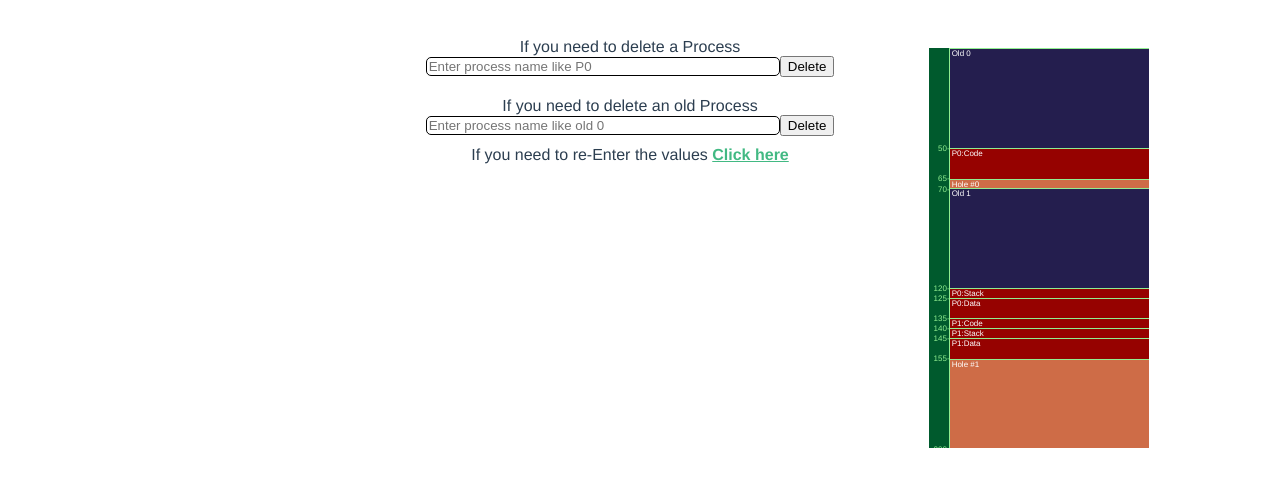
Repository: atout811/memory-allocation-project
Page: /#/final
These files come from the project's save history. The page is drawn as it stood at one moment and after the next save; the edit follows.
The browser window is 1280 px wide. The pictures show the whole page.
The project was rebuilt for these pictures with package versions that can differ from the ones it lists, and the page was loaded fresh each time. Also part of the build but not shown: src/views/MemoryAndHoles.vue, src/views/Process.vue, src/views/Methods.vue.

Above is the page before, as saved 2021-06-10 19:45:28.

### src/App.vue
<template>
  <router-view v-slot="{ Component }">
    <transition name="fade" mode="out-in">
      <component :is="Component" />
    </transition>
  </router-view>
</template>
<script>
import MemHole from "./views/MemoryAndHoles.vue";
export default {
  name: "App",
  components: { MemHole },
};
</script>
<style lang="scss">
#app {
  font-family: Avenir, Helvetica, Arial, sans-serif;
  -webkit-font-smoothing: antialiased;
  -moz-osx-font-smoothing: grayscale;
  text-align: center;
  color: #2c3e50;
  display: flex;
  flex-direction: column;
  align-items: center;
}
a {
  font-weight: bold;
  color: #42b983;

  &.router-link-exact-active {
    color: #42b983;
  }
}
.fade-enter-active,
.fade-leave-active {
  transition: opacity 0.5s ease;
}
.fade-enter-from, .fade-leave-to /* .fade-leave-active below version 2.1.8 */ {
  opacity: 0;
}
</style>

### src/views/Final.vue
<template>
  <div class="cont">
    <div class="inputs">
      <div>
        If you need to delete a Process
        <input
          type="text"
          placeholder="Enter process name like P0"
          v-model="delProcess"
          class="txt"
        />
        <input
          type="Button"
          value="Delete"
          placeholder="Enter process name like P0"
          @click="deleteProcess(delProcess, false, true)"
        />
      </div>
      <div>
        If you need to delete an old Process
        <input
          type="text"
          placeholder="Enter process name like old 0"
          v-model="delOld"
          class="txt"
        />
        <input
          type="Button"
          value="Delete"
          placeholder="Enter process name like P0"
          @click="deleteProcess(delOld, true, true)"
        />
        <div>
          If you need to re-Enter the values
          <router-link to="/"> Click here </router-link>
        </div>
      </div>
    </div>
    <div class="mem">
      <div class="memory"></div>
    </div>
  </div>
</template>

<script>
export default {
  name: "Final",

  data() {
    return {
      data: this.$store.state.input,
      delProcess: "",
      delOld: "",
    };
  },
  created: function () {
    let data = this.data;
    this.$store.state.input.Holes = data.Holes.map((item) => [
      Number(item.starting),
      Number(item.size),
    ]);

    let test = [];
    for (let index = 0; index < data.Processes.length; index++) {
      let item = data.Processes[index].segments;
      let temp = {};
      for (let j = 0; j < item.length; j++) {
        temp[item[j].name] = [Number(item[j].size)];
      }
      test[index] = [null, temp, data.Processes[index].name];
    }
    this.$store.state.input.Processes = [...test];
  },
  methods: {
    deleteProcess: function (delProcess, isOld) {
      const memory = document.querySelector("div.cont div.mem > .memory");

      const scale = 2;
      let data = this.data;
      let holes = data.Holes;
      // data.Holes.map((item) => [
      //   Number(item.starting),
      //   Number(item.size),
      // ]);

      // let holes = [
      //   [140, 100],
      //   [40, 80],
      //   [260, 90],
      // ];

      let totalMemorySize = Number(data.memSize);
      function orderHoles() {
        holes = holes.sort((a, b) => a[0] - b[0]);
      }
      function renderMemory() {
        memory.style.height = `${totalMemorySize * scale}px`;
      }
      renderMemory();
      let obj = {};
      // let test = data.Processes.map((item) => [
      //   null,
      //   item.segments.forEach((el) => {
      //     return Object.assign({ [el.name]: [Number(el.size)] });
      //   }),
      //   item.name,
      // ]);
      // let test = [];
      // for (let index = 0; index < data.Processes.length; index++) {
      //   let item = data.Processes[index].segments;
      //   let temp = {};
      //   for (let j = 0; j < item.length; j++) {
      //     temp[item[j].name] = [Number(item[j].size)];
      //   }
      //   test[index] = [null, temp, data.Processes[index].name];
      // }
      let processes = data.Processes;

      // processes = [
      //   [null, { code: [10], data: [30], stack: [16] }, "p1"],
      //   [null, { code: [15], data: [30], stack: [25] }, "p3"],
      //   [null, { code: [10], data: [40], stack: [18] }, "p2"],
      //   [null, { code: [12], data: [10], stack: [12] }, "p4"],
      // ]; //start,size,name
      console.log("prooooooooooocess: ", processes);
      let OldProcess = [];

      function generateOldProcess() {
        const firstHoleStart = holes[0][0];
        let flag;
        if (firstHoleStart > 0) {
          OldProcess.push([0, firstHoleStart, `old ${0}`]);
        }

        for (let h = 0; h < holes.length; h++) {
          const holeStart = holes[h][0];
          const HoleSize = holes[h][1];
          const HoleEnd = holeStart + HoleSize;

          if (h === holes.length - 1) {
            const lastHole = totalMemorySize - HoleEnd;
            if (HoleEnd < totalMemorySize)
              OldProcess.push([HoleEnd, lastHole, `old ${h + 1}`]);
          } else {
            const nextStart = holes[h + 1][0];
            OldProcess.push([HoleEnd, nextStart - HoleEnd, `old ${h + 1}`]);
          }
        }
      }
      // alert(holes[0][0])
      function renderHoles(type, holes) {
        // holes ==>
        for (let hole = 0; hole < holes.length; hole += 1) {
          const startingIndex = holes[hole][0];
          const size = holes[hole][1];

          // alert(hole)
          const holeBox = document.createElement("div");
          if (type === "old") {
            holeBox.innerText = holes[hole][2];
            holeBox.classList.add("oldProcess");
          } else if (type === "hole") {
            holeBox.innerText = "Hole #" + hole;
            holeBox.classList.add("hole");
          } else if (type === "process") {
            holeBox.innerText = holes[hole][2];
            holeBox.classList.add("process");
          }

          holeBox.style.top = `${startingIndex * scale}px`;
          holeBox.style.height = `${size * scale}px`;
          const endSize = document.createElement("span");
          const endSizeContainer = document.createElement("div");
          endSizeContainer.classList.add("endSizeContainer");
          endSizeContainer.appendChild(endSize);
          endSize.innerText = startingIndex + size;

          endSize.classList.add("holeEndIndex");
          if (startingIndex !== null) {
            holeBox.appendChild(endSizeContainer);
            memory.appendChild(holeBox);
          } else {
            // ERROR THE PROCESS CAN'T BE ALLOCATED
          }
        }
      }

      const totalProcessSize = (process) =>
        Object.values(process).reduce((prev, acc) => prev + acc);

      let method = data.Method;
      function allocate() {
        for (let p = 0; p < processes.length; p++) {
          // DON'T TOUCH MY SHIT 😡😡😡
          // firstFit(processes[p])
          if (method == "first-fit") {
            console.log("First");
            firstFit(processes[p]);
          } else if (method == "best-fit") {
            console.log("Best");
            bestFit(processes[p], true);
          } else if (method == "worse-fit") {
            console.log("Worse");
            bestFit(processes[p], false);
          }
        }
        console.log("PROCCESES", processes);
      }

      function getSmallestHole(tempHoles, segmentSize, isBest) {
        let smallestHole = isBest ? [0, 1000000] : [0, 0];

        tempHoles.forEach((hole, index) => {
          const [holeStart, holeSize] = hole;
          if (isBest) {
            if (holeSize > segmentSize && smallestHole[1] > holeSize) {
              smallestHole = hole;
              smallestHole[2] = index;
            } else if (
              smallestHole[2] === undefined &&
              index === tempHoles.length - 1
            ) {
              // couldn't find hole
              smallestHole[2] = -1;
            }
          } else {
            // worse fit (let largest hole)
            if (holeSize > segmentSize && smallestHole[1] < holeSize) {
              smallestHole = hole;
              smallestHole[2] = index;
            } else if (
              smallestHole[2] === undefined &&
              index === tempHoles.length - 1
            ) {
              // couldn't find hole
              smallestHole[2] = -1;
            }
          }
        });
        return smallestHole;
      }

      function bestFit(p, isBest) {
        // Allocate in the smallest hole
        const segments = p[1];
        let isAllProcessAllocated = true;
        let tempHoles = JSON.parse(JSON.stringify(holes));
        Object.entries(segments).forEach(
          // for each segment
          ([name, value]) => {
            const segmentSize = value[0];
            let smallest = getSmallestHole(tempHoles, segmentSize, isBest);
            const [holeStart, holeEnd, holeIndex] = smallest;
            if (holeIndex == -1) {
              console.log("PROCESS CAN NOt BE ALLOCATED", p);
              isAllProcessAllocated = false;
              p[0] = true;
            }

            value[1] = smallest[0];
            const segEnd = segmentSize + holeStart;

            if (holeIndex !== -1) {
              tempHoles[holeIndex][0] = segEnd;
              const oldHoleSize = tempHoles[holeIndex][1];
              tempHoles[holeIndex][1] = oldHoleSize - segmentSize;
            } else {
              console.log("BUBUBUB", holeIndex);
            }

            //    console.log("value",value)
            //    console.log("smallestHole",smallest)
            console.log("_________________");
          }
        );
        if (isAllProcessAllocated) holes = tempHoles;
      }

      function firstFit(p) {
        // forEach segment loop over the holes
        // create a temp allocation array
        // that array
        // const size =totalProcessSize
        const segments = p[1];
        let isAllProcessAllocated = true;
        let tempHoles = JSON.parse(JSON.stringify(holes));

        Object.entries(segments).forEach(([name, value]) => {
          tempHoles.every((hole, index) => {
            const [holeStart, holeSize] = hole;
            let [size, segmentStartingIndex] = value;
            if (size <= holeSize) {
              value[1] = tempHoles[index][0];
              const segEnd = size + holeStart;
              tempHoles[index][0] = segEnd;
              tempHoles[index][1] = tempHoles[index][1] - size;
              return false;
            } else {
              if (index === tempHoles.length - 1) {
                //😞 مش لاقي مكان
                isAllProcessAllocated = false;
                console.log("CATCH", p);
                p[0] = true;
              }
              return true;
            }
          });
        });
        if (isAllProcessAllocated) {
          holes = tempHoles;
        }
      }

      function renderProcess() {
        processes.forEach((p) => {
          // loop over segments:
          if (!p[0]) {
            Object.keys(p[1]).forEach((s) => {
              // console.log("SEGMEMT",[p[1][s][1],[p[1][s]][0]])
              renderHoles("process", [
                [p[1][s][1], p[1][s][0], `${p[2]}:${s}`],
              ]);
            });
          }
          // }else{
          // PROCESS CAN NOT BE ALLOCATED (NO ENGOUGH SPACE!)
          // }
        });
      }

      function concateHoles() {
        holes.forEach((h, index) => {
          const [start, size] = h;
          if (index < holes.length - 1) {
            const end = start + size;
            const [nextStart, nextSize] = holes[index + 1];
            if (end >= nextStart) {
              holes[index][1] = nextStart + nextSize - start;
              holes = [...holes.slice(0, index + 1), ...holes.slice(index + 2)];
              concateHoles();
            }
          }
        });
      }

      const deleteProcess = (processName, isOld) => {
        // create a hole
        console.log(
          "--------------------------------------------------------------------------------"
        );

        let start, ProcessSize, AfterDelete, segments;
        if (isOld) {
          // deleteProcess()
          const processIndex = OldProcess.findIndex(
            (p) => p[2] === processName
          );
          AfterDelete = [
            ...OldProcess.slice(0, processIndex),
            ...OldProcess.slice(processIndex + 1),
          ];
          // [start,segments,name] =processes[processIndex]
          start = OldProcess[processIndex][0];
          ProcessSize = OldProcess[processIndex][1];

          OldProcess = AfterDelete;
          holes.push([start, ProcessSize]);
        } else {
          const processIndex = processes.findIndex((p) => p[2] === processName);
          console.log("INDDDEX", processIndex);
          AfterDelete = [
            ...processes.slice(0, processIndex),
            ...processes.slice(processIndex + 1),
          ];
          //  recover Holes
          const [starter, segments] = processes[processIndex];
          Object.values(segments).forEach(([size, starting]) => {
            console.log(size, starting);
            holes.push([starting, size]);
          });
          processes = AfterDelete;
          this.$store.state.input.Processes = AfterDelete;
          console.log(processes);
          console.log("hey", this.$store.state.input.Processes);
        }

        orderHoles();
        concateHoles();
        // [null,{code:10,data:30,stack:16},"p1"]
        render();
      };
      orderHoles();
      concateHoles();
      generateOldProcess();
      // deleteProcess("old 0",true)
      // deleteProcess("old 2",true)
      allocate();

      function clear() {
        while (memory.firstChild) {
          memory.removeChild(memory.lastChild);
        }
      }

      function render() {
        clear();
        renderHoles("hole", holes);
        renderHoles("old", OldProcess);
        renderProcess();
      }
      render();
      if (delProcess.length) {
        deleteProcess(delProcess, isOld, this.$store.state.input.Processes);
      }
      // deleteProcess("p2",false)
      // deleteProcess("p1",false)
      // deleteProcess("p4",false)
    },
    waitingProcess: function () {
      return this.$store.state.input.Processes.forEach((item) =>
        item[0] ? `${item[2]} is  waiting` : null
      );
    },
  },
  mounted: function () {
    const memory = document.querySelector("div.cont div.mem > .memory");
    console.log(memory);
    const scale = 2;
    let data = this.data;

    let holes = data.Holes;
    // data.Holes.map((item) => [
    //   Number(item.starting),
    //   Number(item.size),
    // ]);

    // let holes = [
    //   [140, 100],
    //   [40, 80],
    //   [260, 90],
    // ];

    let totalMemorySize = Number(data.memSize);
    function orderHoles() {
      holes = holes.sort((a, b) => a[0] - b[0]);
    }
    function renderMemory() {
      memory.style.height = `${totalMemorySize * scale}px`;
    }
    renderMemory();
    let obj = {};
    // let test = data.Processes.map((item) => [
    //   null,
    //   item.segments.forEach((el) => {
    //     return Object.assign({ [el.name]: [Number(el.size)] });
    //   }),
    //   item.name,
    // ]);
    // let test = [];
    // for (let index = 0; index < data.Processes.length; index++) {
    //   let item = data.Processes[index].segments;
    //   let temp = {};
    //   for (let j = 0; j < item.length; j++) {
    //     temp[item[j].name] = [Number(item[j].size)];
    //   }
    //   test[index] = [null, temp, data.Processes[index].name];
    // }
    let processes = data.Processes;
    console.log("prooooooooooocess: ", processes);
    let OldProcess = [];

    function generateOldProcess() {
      const firstHoleStart = holes[0][0];

      if (firstHoleStart > 0) {
        OldProcess.push([0, firstHoleStart, `old ${0}`]);
      }

      for (let h = 0; h < holes.length; h++) {
        const holeStart = holes[h][0];
        const HoleSize = holes[h][1];
        const HoleEnd = holeStart + HoleSize;

        if (h === holes.length - 1) {
          const lastHole = totalMemorySize - HoleEnd;
          if (HoleEnd < totalMemorySize)
            OldProcess.push([HoleEnd, lastHole, `old ${h + 1}`]);
        } else {
          const nextStart = holes[h + 1][0];
          OldProcess.push([HoleEnd, nextStart - HoleEnd, `old ${h + 1}`]);
        }
      }
    }
    // alert(holes[0][0])
    function renderHoles(type, holes) {
      // holes ==>
      for (let hole = 0; hole < holes.length; hole += 1) {
        const startingIndex = holes[hole][0];
        const size = holes[hole][1];

        // alert(hole)
        const holeBox = document.createElement("div");
        if (type === "old") {
          holeBox.innerText = holes[hole][2];
          holeBox.classList.add("oldProcess");
        } else if (type === "hole") {
          holeBox.innerText = "Hole #" + hole;
          holeBox.classList.add("hole");
        } else if (type === "process") {
          holeBox.innerText = holes[hole][2];
          holeBox.classList.add("process");
        }

        holeBox.style.top = `${startingIndex * scale}px`;
        holeBox.style.height = `${size * scale}px`;
        const endSize = document.createElement("span");
        const endSizeContainer = document.createElement("div");
        endSizeContainer.classList.add("endSizeContainer");
        endSizeContainer.appendChild(endSize);
        endSize.innerText = startingIndex + size;

        endSize.classList.add("holeEndIndex");
        if (startingIndex !== null) {
          holeBox.appendChild(endSizeContainer);
          memory.appendChild(holeBox);
        } else {
          // ERROR THE PROCESS CAN'T BE ALLOCATED
        }
      }
    }

    const totalProcessSize = (process) =>
      Object.values(process).reduce((prev, acc) => prev + acc);

    let method = data.Method;
    function allocate() {
      for (let p = 0; p < processes.length; p++) {
        // DON'T TOUCH MY SHIT 😡😡😡
        // firstFit(processes[p])
        if (method == "first-fit") {
          console.log("First");
          firstFit(processes[p]);
        } else if (method == "best-fit") {
          console.log("Best");
          bestFit(processes[p], true);
        } else if (method == "worse-fit") {
          console.log("Worse");
          bestFit(processes[p], false);
        }
      }
      console.log("PROCCESES", processes);
    }

    function getSmallestHole(tempHoles, segmentSize, isBest) {
      let smallestHole = isBest ? [0, 1000000] : [0, 0];

      tempHoles.forEach((hole, index) => {
        const [holeStart, holeSize] = hole;
        if (isBest) {
          if (holeSize > segmentSize && smallestHole[1] > holeSize) {
            smallestHole = hole;
            smallestHole[2] = index;
          } else if (
            smallestHole[2] === undefined &&
            index === tempHoles.length - 1
          ) {
            // couldn't find hole
            smallestHole[2] = -1;
          }
        } else {
          // worse fit (let largest hole)
          if (holeSize > segmentSize && smallestHole[1] < holeSize) {
            smallestHole = hole;
            smallestHole[2] = index;
          } else if (
            smallestHole[2] === undefined &&
            index === tempHoles.length - 1
          ) {
            // couldn't find hole
            smallestHole[2] = -1;
          }
        }
      });
      return smallestHole;
    }

    function bestFit(p, isBest) {
      // Allocate in the smallest hole
      const segments = p[1];
      let isAllProcessAllocated = true;
      let tempHoles = JSON.parse(JSON.stringify(holes));
      Object.entries(segments).forEach(
        // for each segment
        ([name, value]) => {
          const segmentSize = value[0];
          let smallest = getSmallestHole(tempHoles, segmentSize, isBest);
          const [holeStart, holeEnd, holeIndex] = smallest;
          if (holeIndex == -1) {
            console.log("PROCESS CAN NOt BE ALLOCATED", p);
            isAllProcessAllocated = false;
            p[0] = true;
          }

          value[1] = smallest[0];
          const segEnd = segmentSize + holeStart;

          if (holeIndex !== -1) {
            tempHoles[holeIndex][0] = segEnd;
            const oldHoleSize = tempHoles[holeIndex][1];
            tempHoles[holeIndex][1] = oldHoleSize - segmentSize;
          } else {
            console.log("BUBUBUB", holeIndex);
          }

          //    console.log("value",value)
          //    console.log("smallestHole",smallest)
          console.log("_________________");
        }
      );
      if (isAllProcessAllocated) holes = tempHoles;
    }

    function firstFit(p) {
      // forEach segment loop over the holes
      // create a temp allocation array
      // that array
      // const size =totalProcessSize
      const segments = p[1];
      let isAllProcessAllocated = true;
      let tempHoles = JSON.parse(JSON.stringify(holes));

      Object.entries(segments).forEach(([name, value]) => {
        tempHoles.every((hole, index) => {
          const [holeStart, holeSize] = hole;
          let [size, segmentStartingIndex] = value;
          if (size <= holeSize) {
            value[1] = tempHoles[index][0];
            const segEnd = size + holeStart;
            tempHoles[index][0] = segEnd;
            tempHoles[index][1] = tempHoles[index][1] - size;
            return false;
          } else {
            if (index === tempHoles.length - 1) {
              //😞 مش لاقي مكان
              isAllProcessAllocated = false;
              console.log("CATCH", p);
              p[0] = true;
            }
            return true;
          }
        });
      });
      if (isAllProcessAllocated) {
        holes = tempHoles;
      }
    }

    function renderProcess() {
      processes.forEach((p) => {
        // loop over segments:
        if (!p[0]) {
          Object.keys(p[1]).forEach((s) => {
            // console.log("SEGMEMT",[p[1][s][1],[p[1][s]][0]])
            renderHoles("process", [[p[1][s][1], p[1][s][0], `${p[2]}:${s}`]]);
          });
        }
        // }else{
        // PROCESS CAN NOT BE ALLOCATED (NO ENGOUGH SPACE!)
        // }
      });
    }

    function concateHoles() {
      holes.forEach((h, index) => {
        const [start, size] = h;
        if (index < holes.length - 1) {
          const end = start + size;
          const [nextStart, nextSize] = holes[index + 1];
          if (end >= nextStart) {
            holes[index][1] = nextStart + nextSize - start;
            holes = [...holes.slice(0, index + 1), ...holes.slice(index + 2)];
            concateHoles();
          }
        }
      });
    }

    function deleteProcess(processName, isOld) {
      // create a hole
      let start, ProcessSize, AfterDelete, segments;
      if (isOld) {
        // deleteProcess()
        const processIndex = OldProcess.findIndex((p) => p[2] === processName);
        AfterDelete = [
          ...OldProcess.slice(0, processIndex),
          ...OldProcess.slice(processIndex + 1),
        ];
        // [start,segments,name] =processes[processIndex]
        start = OldProcess[processIndex][0];
        ProcessSize = OldProcess[processIndex][1];

        OldProcess = AfterDelete;
        holes.push([start, ProcessSize]);
      } else {
        const processIndex = processes.findIndex((p) => p[2] === processName);
        console.log("INDDDEX", processIndex);
        AfterDelete = [
          ...processes.slice(0, processIndex),
          ...processes.slice(processIndex + 1),
        ];
        //  recover Holes
        const [starter, segments] = processes[processIndex];
        Object.values(segments).forEach(([size, starting]) => {
          console.log(size, starting);
          holes.push([starting, size]);
        });
        processes = AfterDelete;
      }

      orderHoles();
      concateHoles();
      // [null,{code:10,data:30,stack:16},"p1"]
      render();
    }
    orderHoles();
    concateHoles();
    generateOldProcess();
    // deleteProcess("old 0",true)
    // deleteProcess("old 2",true)
    allocate();

    function clear() {
      while (memory.firstChild) {
        memory.removeChild(memory.lastChild);
      }
    }

    function render() {
      clear();
      renderHoles("hole", holes);
      renderHoles("old", OldProcess);
      renderProcess();
    }
    render();

    //deleteProcess("P2", false);
    // deleteProcess("p1",false)
    // deleteProcess("p4",false)
  },
};
</script>

<style scoped >
/* .memory >>> body {
  display: flex;
  flex-direction: column;
  justify-content: right;
  height: 100vh;

  margin: 0;
  font-family: "Courier New", Courier, monospace;
} */
div {
  margin: 10px;
}
.txt {
  width: 70%;
  border-radius: 5px;
  border: 1px solid;
}
.cont {
  display: grid;
}
.inputs {
  grid-column: 1;
  display: flex;
  flex-direction: column;
}
.memory >>> h1 {
  color: blueviolet;
}
.mem {
  grid-column: 4;
}
.memory {
  background-color: #005a2d;

  /* padding: 20px; */
  /* border-radius: 5px; */
  display: flex;
  flex-direction: column;
  width: 200px;
  align-self: flex-end;
  height: 1150px;
  /* top: 5%; */
  position: absolute;
  padding-left: 20px;
  overflow: hidden;
  margin: 20px;
}
.memory >>> .hole {
  background-color: #ce6c47;
  /* border: 0.7px solid #0f0; */
  border: 1px solid lightgreen;
  margin-top: 1px;
  /* height: 100px; */
  display: flex;
  /* align-self: center; */
  width: 100%;
  color: white;

  /* align-items: center; */
  /* justify-content: center; */
  position: absolute;
}
.memory >>> .oldProcess {
  background-color: #241e4e;
  /* border: 0.7px solid darkred; */
  color: white;
  display: flex;
  border: 1px solid lightgreen;
  width: 100%;
  position: absolute;
}
.memory >>> .process {
  background-color: #960200;
  /* border-bottom: 0.7px solid #eae7af; */
  /* border-top: 0.7px solid lightgreen; */
  display: flex;
  width: 100%;
  position: absolute;
  color: white;
  border: 1px solid lightgreen;
}

.memory >>> .hole,
.memory >>> .oldProcess,
.memory >>> .process {
  font-size: 0.5rem;
  text-transform: capitalize;
  padding-left: 2px;
  color: #fff;
  border-top: 0.2px solid lightgreen;
}

.memory >>> .endSizeContainer {
  /* background-color: red !important; */
  width: 20px;
  z-index: 1000;
  color: lightgreen !important;
  color: #ccc;
  font-size: 0.5rem;

  position: absolute;
  top: calc(100% - 5.4px);
  text-align: right;
  display: block;
  left: -20px;
}
.memory >>> .holeEndIndex::after {
  content: "-";
}
</style>

Loaded but not shown: public/index.html (common file); src/main.js (common file); src/store/index.js (35 lines, source omitted); src/router/index.js (35 lines, source omitted)

After the next save:
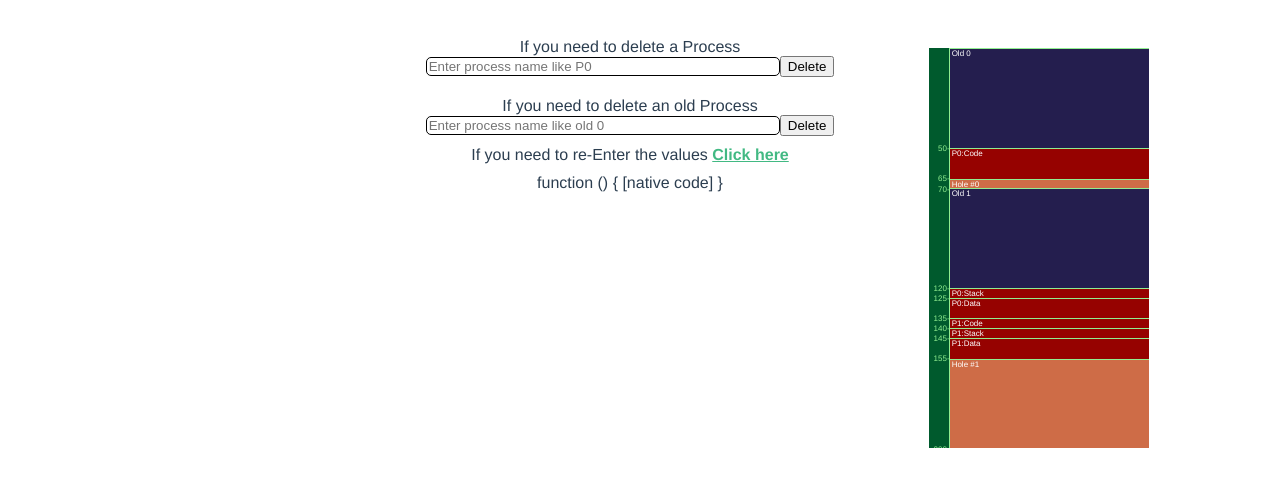
Saved 17 s later.
--- a/src/views/Final.vue
+++ b/src/views/Final.vue
@@ -34,6 +34,7 @@
           If you need to re-Enter the values
           <router-link to="/"> Click here </router-link>
         </div>
+        {{ waitingProcess }}
       </div>
     </div>
     <div class="mem">
